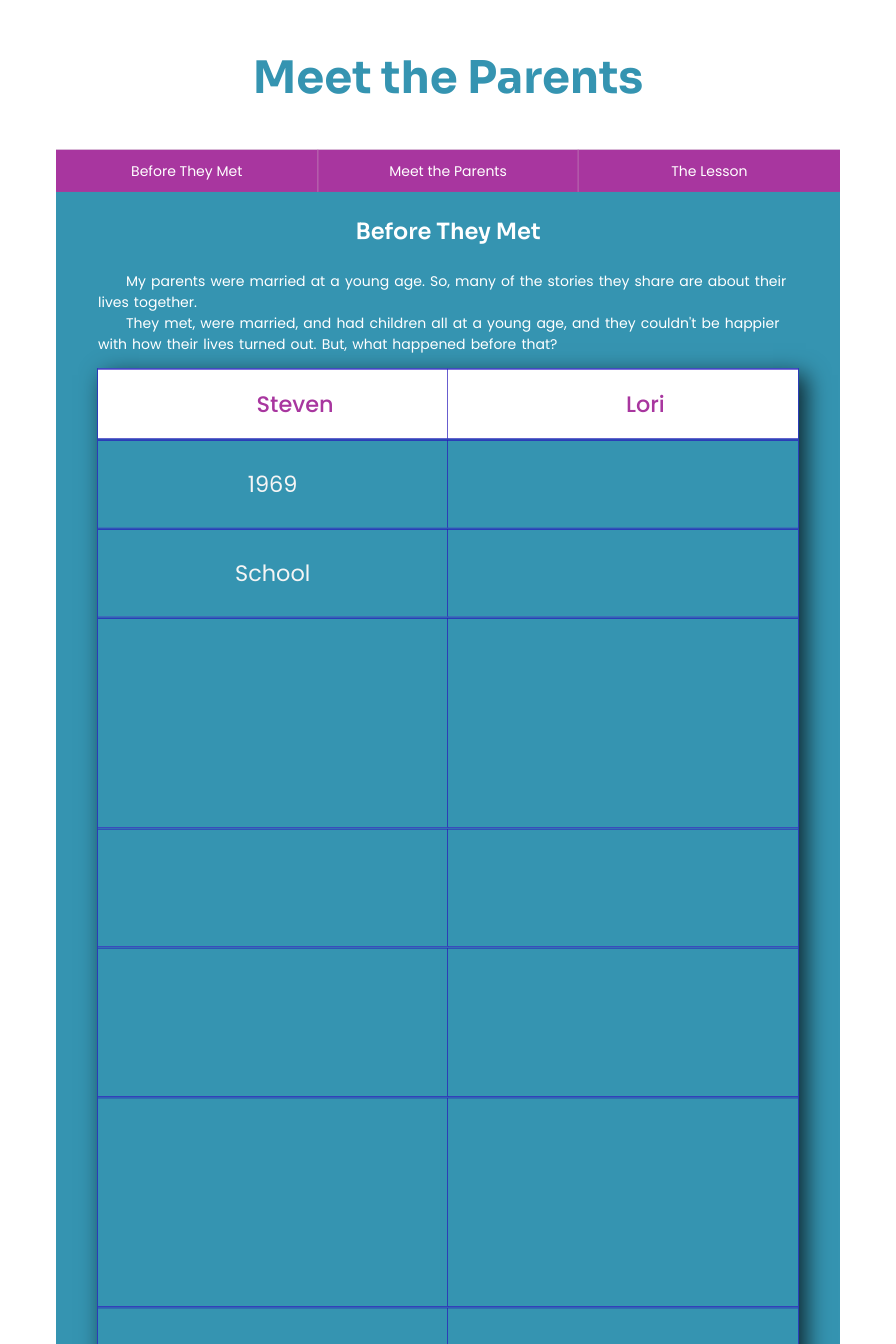
Repository: Sbethm/parents-tribute
Page: timeline.html
An editor plug-in stored every save of this project. The page is shown before and after the next save, followed by the edit.
The browser window is 1280 px wide. The pictures show the part of the page from y = 0 to 1920 px (the page is 3452 px tall), at 70% of full size.

Above is the page before, as saved 2021-02-24 13:19:18.

After the next save:
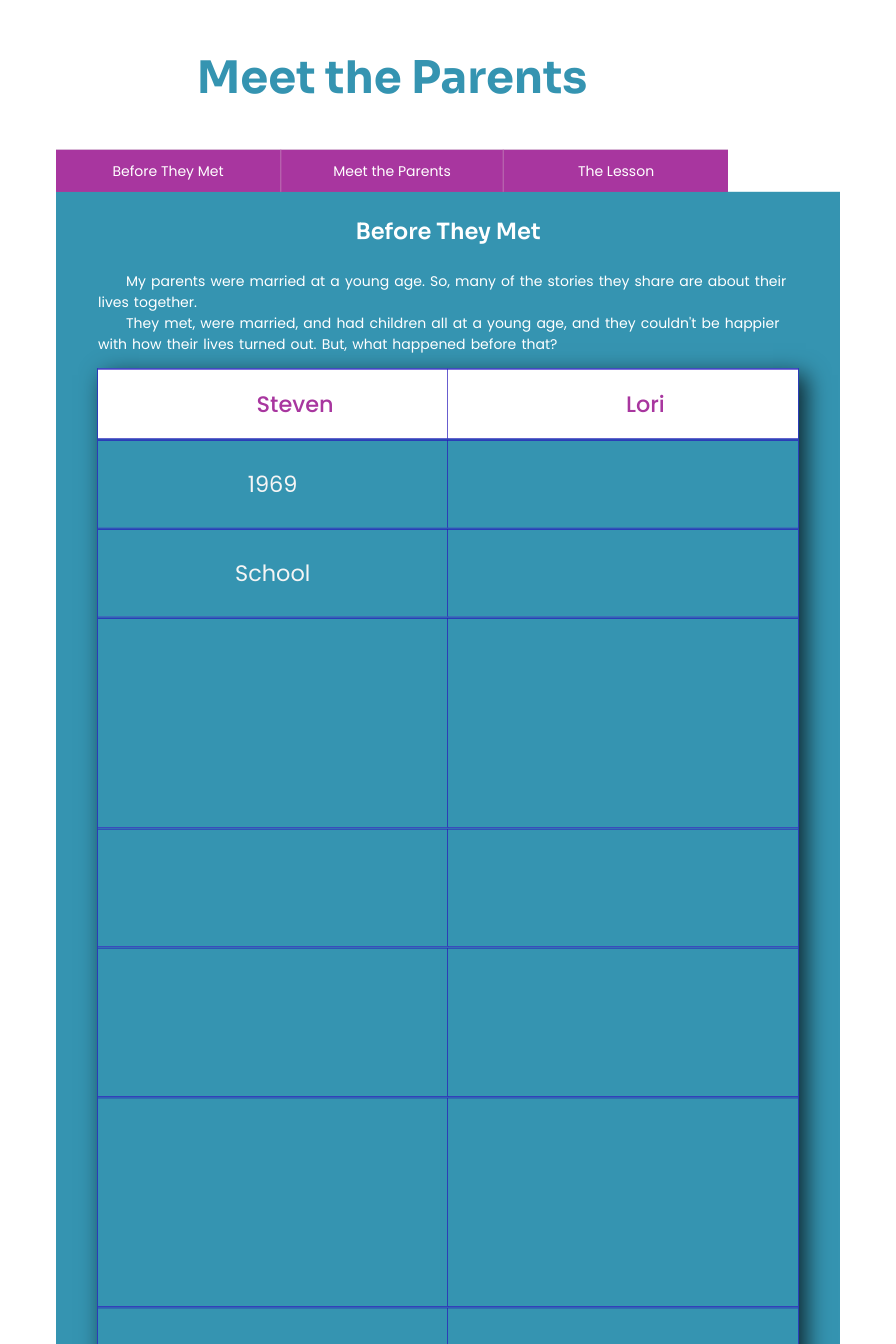
Saved 4 s later.
--- a/style.css
+++ b/style.css
@@ -560,6 +560,7 @@ footer {
 
     header {
         padding-top: 80px;
+        max-width: calc(100vw - 160px);
     }
 
     h1 {

After the save that followed:
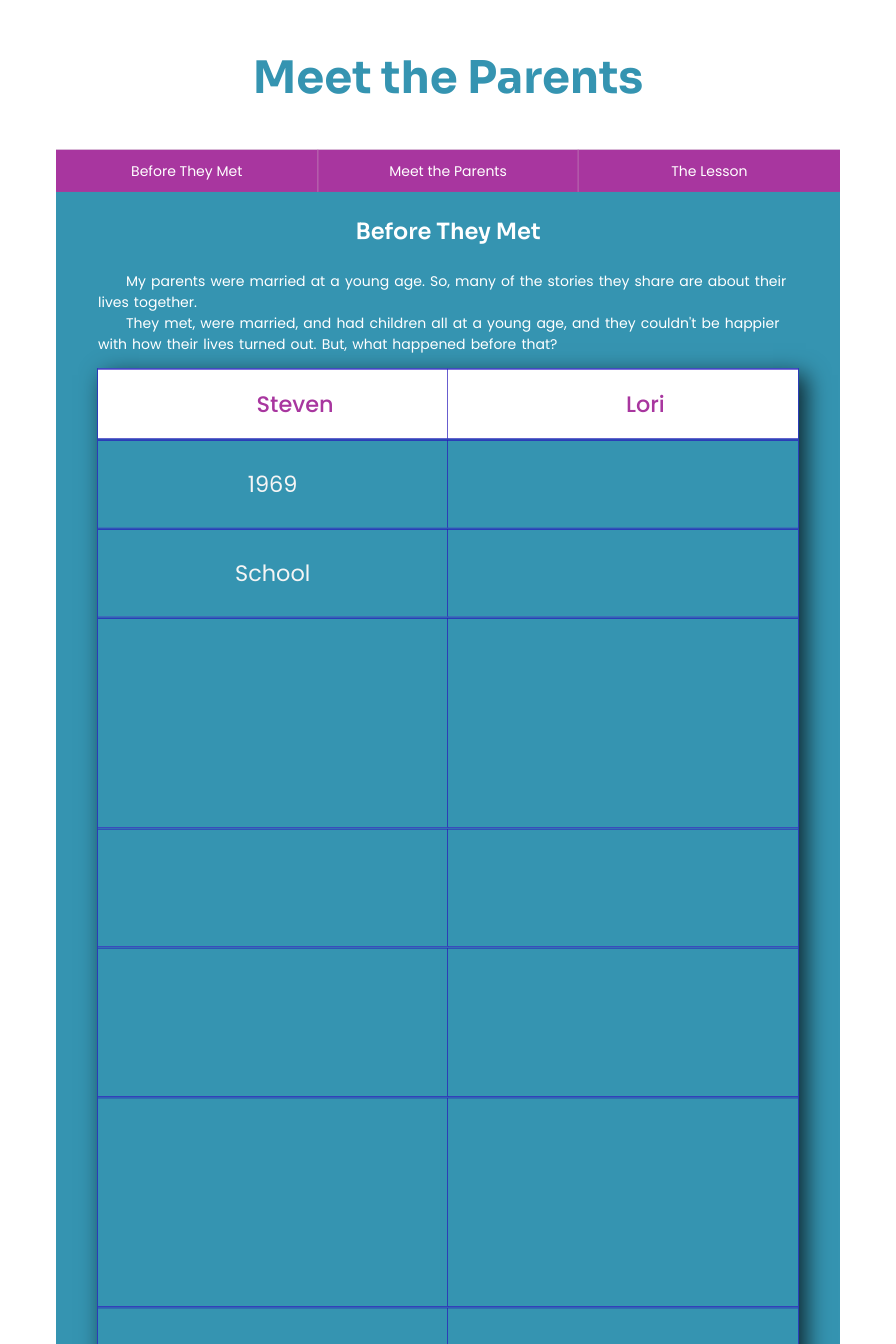
Saved 21 s later.
--- a/style.css
+++ b/style.css
@@ -560,7 +560,6 @@ footer {
 
     header {
         padding-top: 80px;
-        max-width: calc(100vw - 160px);
     }
 
     h1 {
